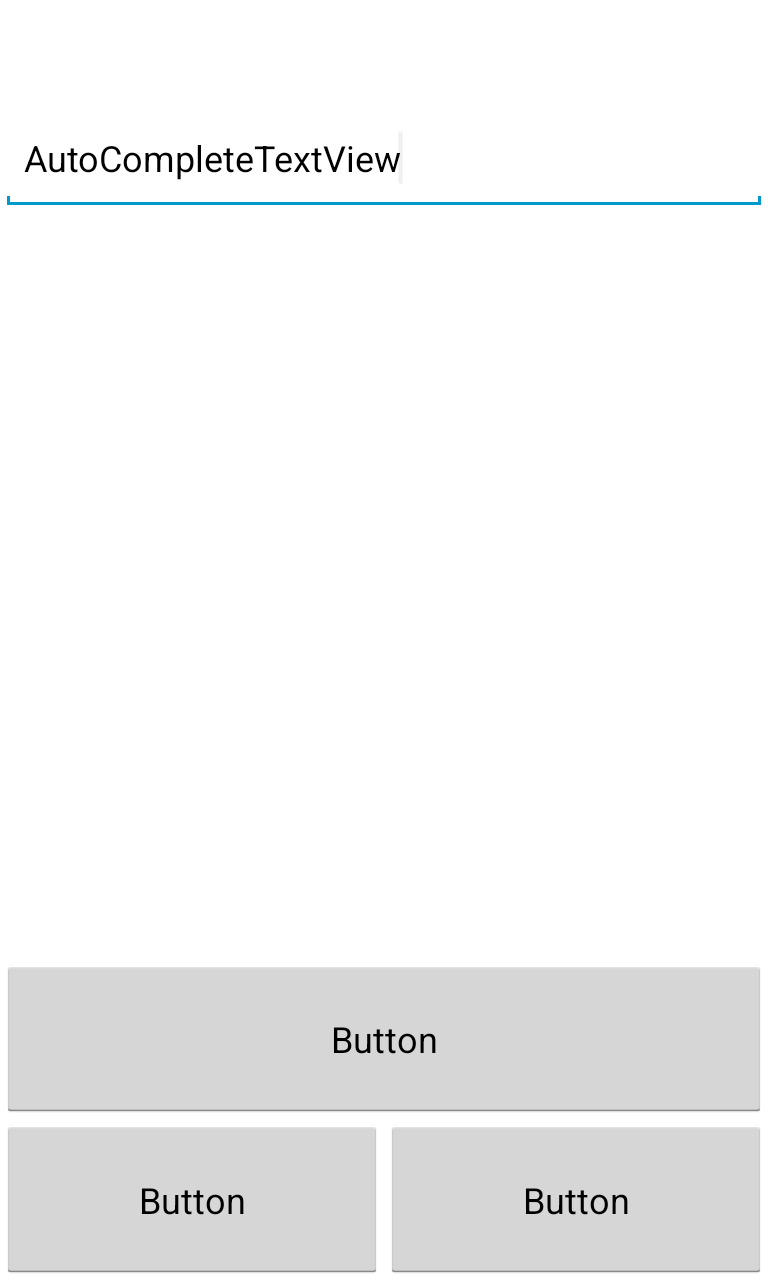
Repository: thinhnk55/android-appshare
Layout: ShareApp/res/layout/activity_main.xml
An editor plug-in stored every save of this project. The layout is shown before and after the next save, followed by the edit.
It is drawn on a 768 x 1280 px phone screen (xhdpi) without system bars, with theme AppTheme; the app's code is not run.

Above is the layout before, as saved 2014-07-02 16:35:51.

After the next save:
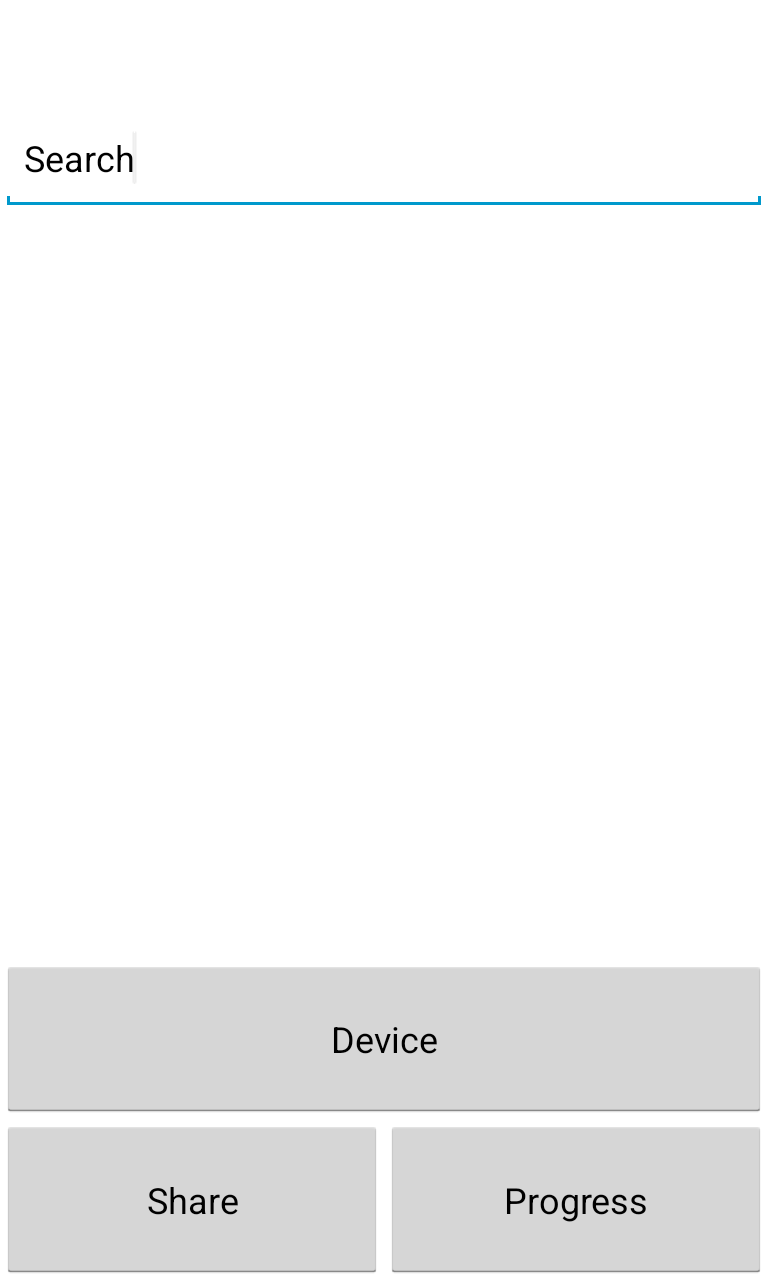
Saved 2 min 14 s later.
--- a/ShareApp/res/layout/activity_main.xml
+++ b/ShareApp/res/layout/activity_main.xml
@@ -26,9 +26,9 @@
             <AutoCompleteTextView
                 android:id="@+id/autoCompleteTextView1"
                 android:layout_width="match_parent"
+                android:layout_weight="10"
                 android:ems="10"
-                android:text="AutoCompleteTextView"
-                android:layout_weight="10" >
+                android:text="Search" >
 
                 <requestFocus />
             </AutoCompleteTextView>
@@ -66,7 +66,7 @@
                 android:id="@+id/button1"
                 android:layout_width="match_parent"
                 android:layout_weight="15"
-                android:text="Button" />
+                android:text="Device" />
 
             <LinearLayout
                 android:layout_width="match_parent"
@@ -77,13 +77,13 @@
                     android:id="@+id/button2"
                     android:layout_height="match_parent"
                     android:layout_weight="10"
-                    android:text="Button" />
+                    android:text="Share" />
 
                 <Button
                     android:id="@+id/button3"
                     android:layout_height="match_parent"
                     android:layout_weight="10"
-                    android:text="Button" />
+                    android:text="Progress" />
 
             </LinearLayout>
 
